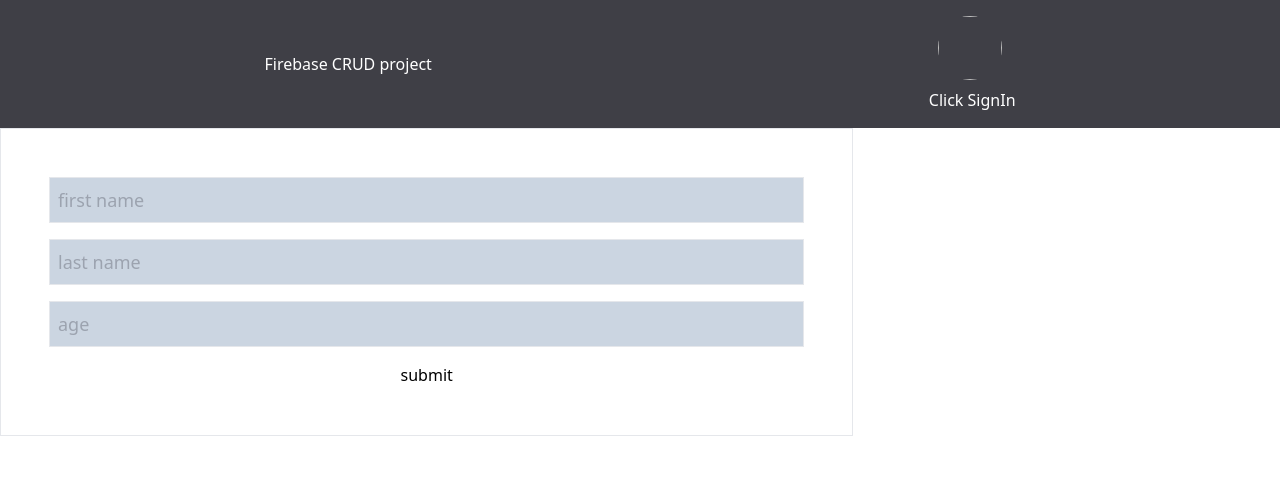
Repository: Semanmernstack/firebase-crud
Page: /
The author's editor kept a copy of each file at every save. The page is drawn from the files as they stood at one save, then again after the next save.
The browser window is 1280 px wide. The pictures show the whole page.
The page's requests for data from a server got no answer. The project was rebuilt for these pictures with package versions that can differ from the ones it lists, and the page was loaded fresh each time. No one was signed in, and anything a server would have sent is missing. Also part of the build but not shown: src/components/Regform.js.

Above is the page before, as saved 2023-03-17 08:19:41.

### src/index.css
body {
  margin: 0;

}

@tailwind base;
@tailwind components;
@tailwind utilities;

### src/App.js



import Body from "./components/Body";
import Header from "./components/Header";





function App() {

  return (
    <div className="">
      <Header/>
      <Body/>
    </div>
  );
}

export default App;

### src/components/Body.js
import { addDoc, collection, onSnapshot } from 'firebase/firestore';
import React, { useEffect, useState } from 'react'
import { useForm } from 'react-hook-form';
import { db } from '../firebase.';
import Regform from './Regform';

function Body() {
    const [reg, setReg] = useState([])

    useEffect(() =>
        onSnapshot(collection(db, "reg"), (snapshot) => {
            setReg(snapshot.docs.map((doc) => ({ ...doc.data(), id: doc.id })))
        }
        ), []);





    const {
        register,
        handleSubmit,
        formState: { errors },
    } = useForm();
    const onSubmit = (data) => {
        addDoc(collection(db, "reg"), {
            ...data
        })

    };
  return (
    <div className="p-8 text-black flex flex-col w-2/3 border ">
        <form className='flex flex-col p-4 gap-4 items-center justify-center text-center' onSubmit={handleSubmit(onSubmit)}>
            <input className="w-full p-2 border outline-none bg-slate-300 text black text-lg "  placeholder='first name'  {...register('firstName')} />
            <input className="w-full p-2 border outline-none bg-slate-300 text black text-lg "  placeholder='last name' {...register('lastName', { required: true })} />
            {errors.lastName && <p>Last name is required.</p>}
            <input className="w-full p-2 border outline-none bg-slate-300 text black text-lg "  placeholder='age' {...register('age', { pattern: /\d+/ })} />
            {errors.age && <p>Please enter number for age.</p>}
            <button type="submit">submit</button>
        </form>

        <div>
            {reg?.map((r) => (

                <div>
                <Regform
                    key={r.id}
                    id={r.id}
                    age={r.age}
                    firstName={r.firstName}
                    lastName={r.lastName}
                />
                </div>

            ))}

        </div>





    </div>
  )
}

export default Body

### src/components/Header.js


import Login from "./Login"


function Header() {



  return (
    <nav className="flex items-center justify-around bg-zinc-700 text-white p-4">
        <div>
            <h1> Firebase CRUD project</h1>
        </div>
        <Login/>

    </nav>


  )
}

export default Header

### src/firebase..js
import { initializeApp } from "firebase/app";
import { getAuth, GoogleAuthProvider } from "firebase/auth";
import { getFirestore } from "firebase/firestore";
// TODO: Add SDKs for Firebase products that you want to use
// https://firebase.google.com/docs/web/setup#available-libraries

// Your web app's Firebase configuration
const firebaseConfig = {
  apiKey: "AIzaSyBgS0aivKoq6PRjPIzLlCpHxI0D8M1DMtw",
  authDomain: "school-81c7d.firebaseapp.com",
  projectId: "school-81c7d",
  storageBucket: "school-81c7d.appspot.com",
  messagingSenderId: "524069258489",
  appId: "1:524069258489:web:11c09d32a06e9a8b970e28"
};

// Initialize Firebase
const app = initializeApp(firebaseConfig);
const auth = getAuth(app);
const provider = new GoogleAuthProvider();
const db = getFirestore(app)

export { auth, provider, db }

### src/components/Login.js
import { onAuthStateChanged, signInWithPopup } from 'firebase/auth'
import React, { useEffect, useState } from 'react'
import { auth, provider } from '../firebase.'


function Login() {
    const [user, setUser] = useState("")
    useEffect(() => {

        onAuthStateChanged(auth, (user) => {
            console.log(user)
          if (user) {
            setUser(user)
          }
        })

      }, [])





    const signIn = () => {
       try {
            signInWithPopup(auth, provider)
       }
       catch (error) {
            alert(error.message)
       }
    }
  return (
    <div className="flex flex-col items-center gap-2">
        <div className="flex gap-1 items-center">
            <img className='rounded-full h-16 w-16' src={user.photoURL} alt="" />
            <h1>{user?.displayName}</h1>
        </div>
        <div>
            <button onClick={signIn} >Click SignIn</button>
        </div>



    </div>
  )
}

export default Login

Loaded but not shown: public/index.html (common file); src/index.js (common file); src/reportWebVitals.js (common file); tailwind.config.js (common file)

After the next save:
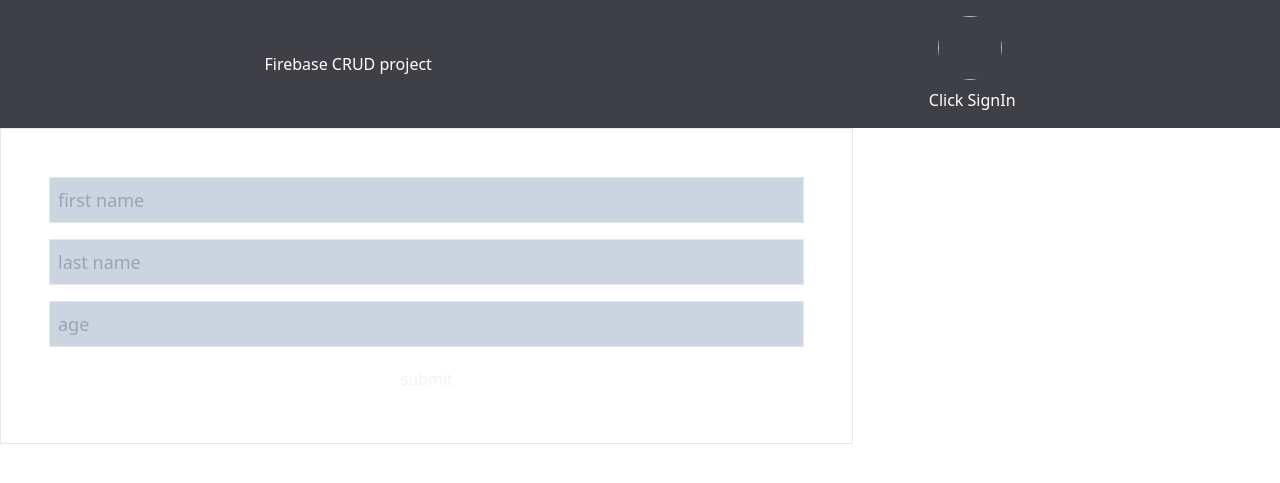
Saved 3 min 43 s later.
--- a/src/components/Body.js
+++ b/src/components/Body.js
@@ -36,7 +36,7 @@ function Body() {
             {errors.lastName && <p>Last name is required.</p>}
             <input className="w-full p-2 border outline-none bg-slate-300 text black text-lg "  placeholder='age' {...register('age', { pattern: /\d+/ })} />
             {errors.age && <p>Please enter number for age.</p>}
-            <button type="submit">submit</button>
+            <button className='bg-blue opacity-5 p-1' type="submit">submit</button>
         </form>
 
         <div>
